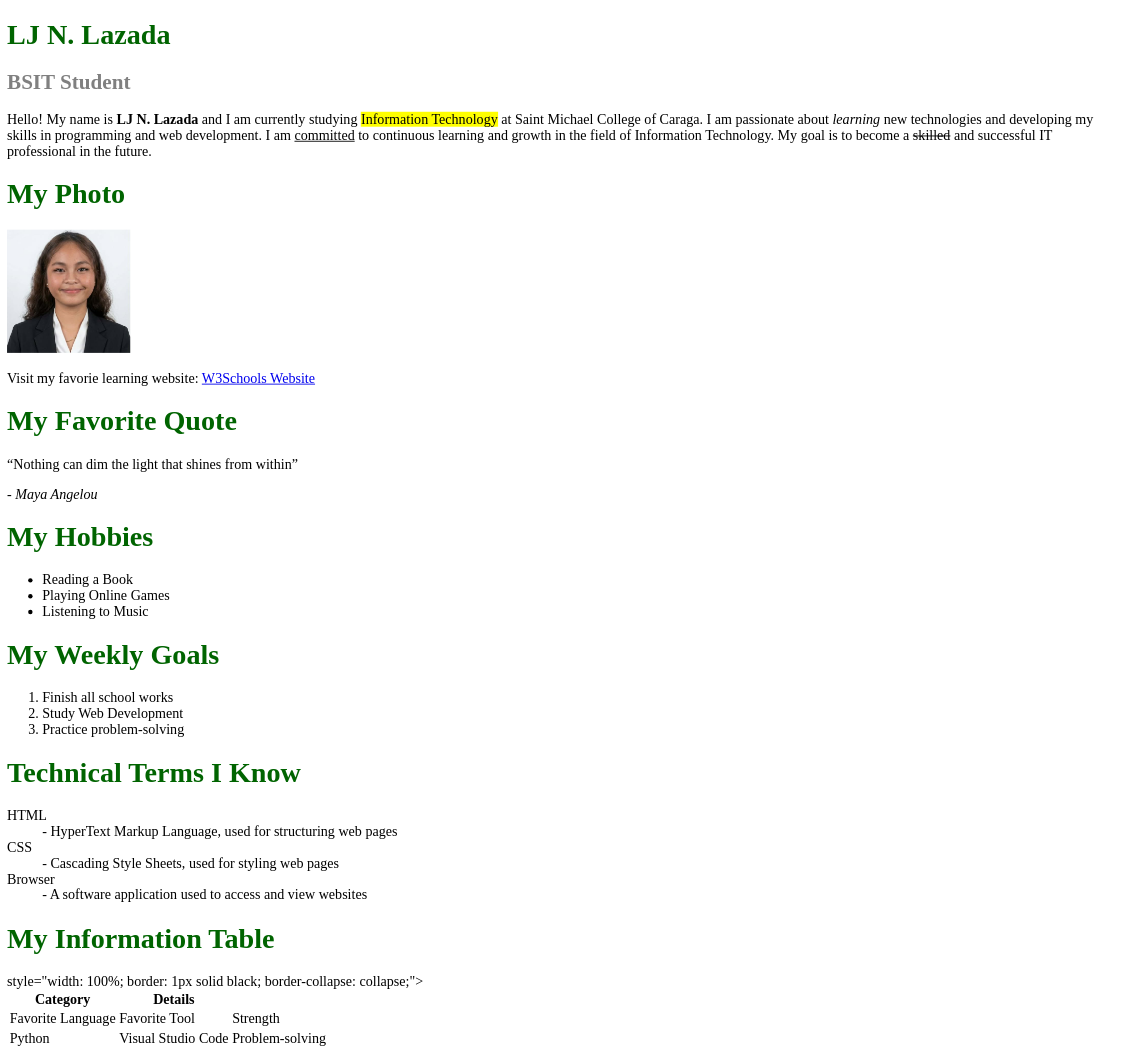
Repository: ljlazada11/myfirsthtml
Page: index.html
An editor plug-in stored every save of this project. The page is shown before and after the next save, followed by the edit.
The browser window is 1280 px wide. The pictures show the whole page, at 88% of full size.

Above is the page before, as saved 2026-06-24 20:32:51.

After the next save:
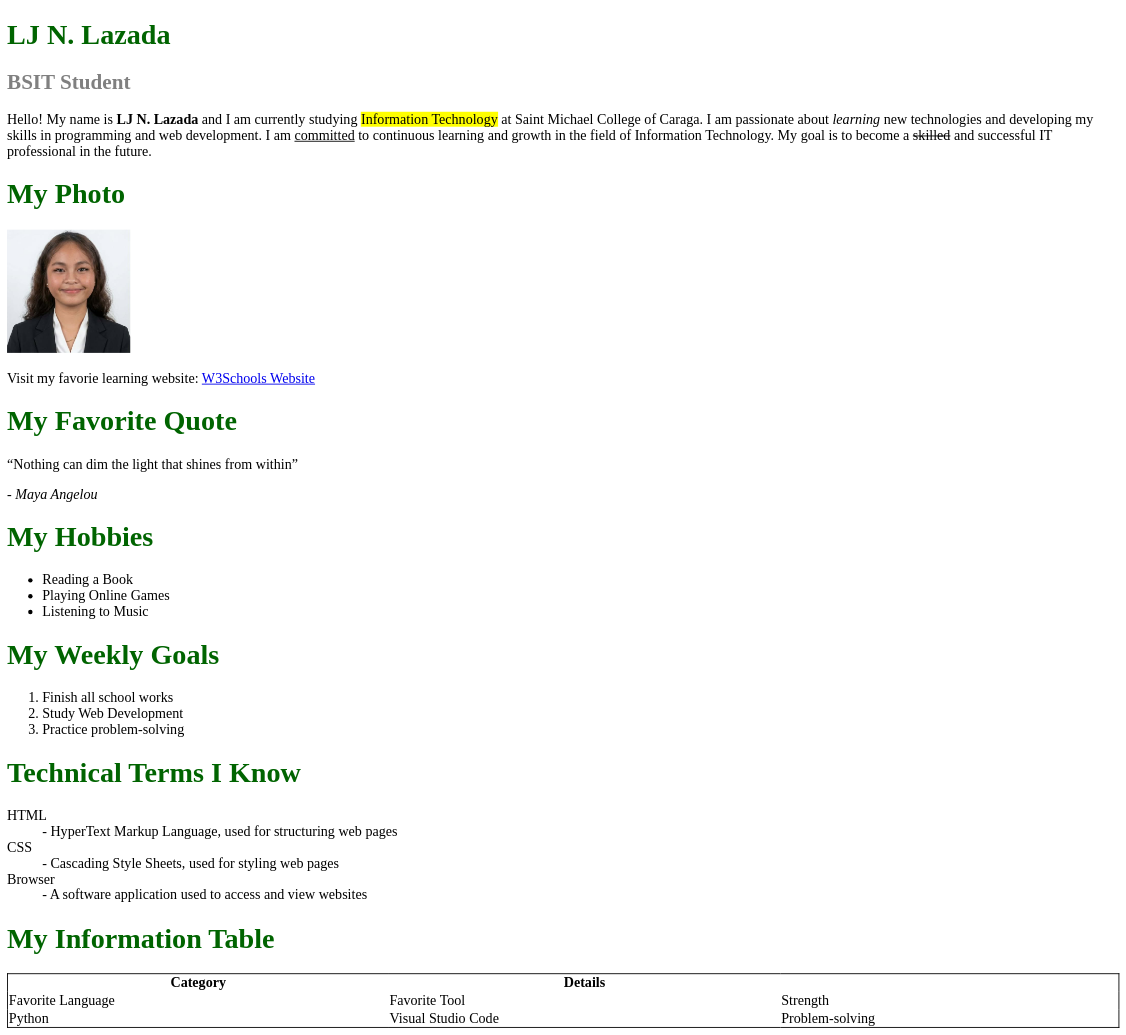
Saved 28 s later.
--- a/index.html
+++ b/index.html
@@ -46,7 +46,7 @@
     </dl>
 </body>
     <h1 style="color:darkgreen">My Information Table</h1>
-<table> style="width: 100%; border: 1px solid black; border-collapse: collapse;">
+<table style="width:100%; border: 1px solid black; border-collapse: collapse;">
   <tr>
     <th>Category</th>
     <th>Details</th>
